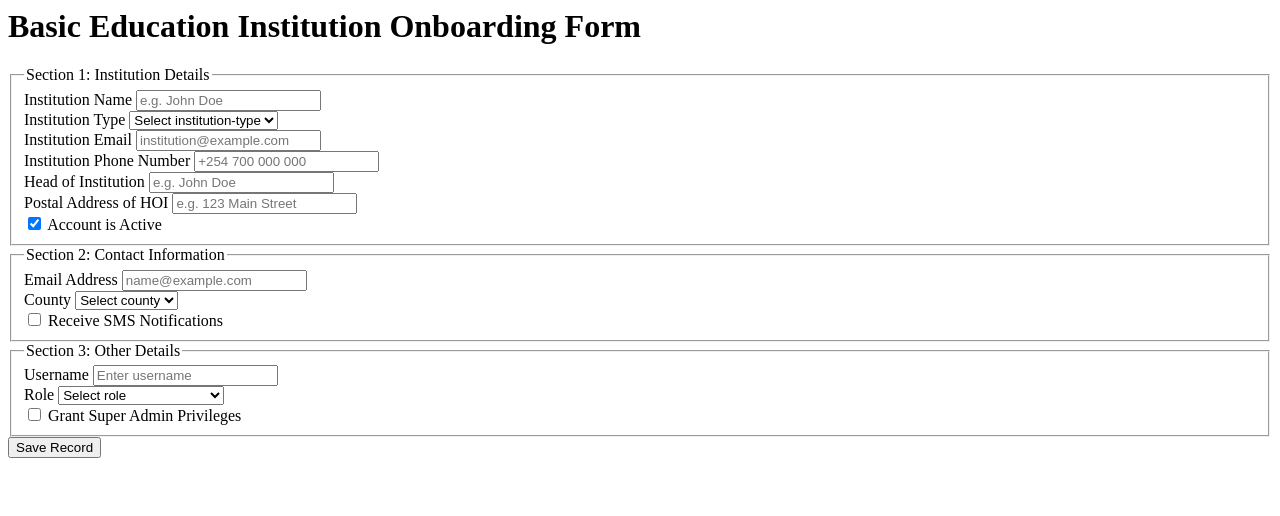
Repository: ndirituart/KEMIS
Page: angular-client/src/app/pages/basic-education/basic-education.html
An editor plug-in stored every save of this project. The page is shown before and after the next save, followed by the edit.
The browser window is 1280 px wide. The pictures show the whole page.

Above is the page before, as saved 2026-10-19 17:50:46.

After the next save:
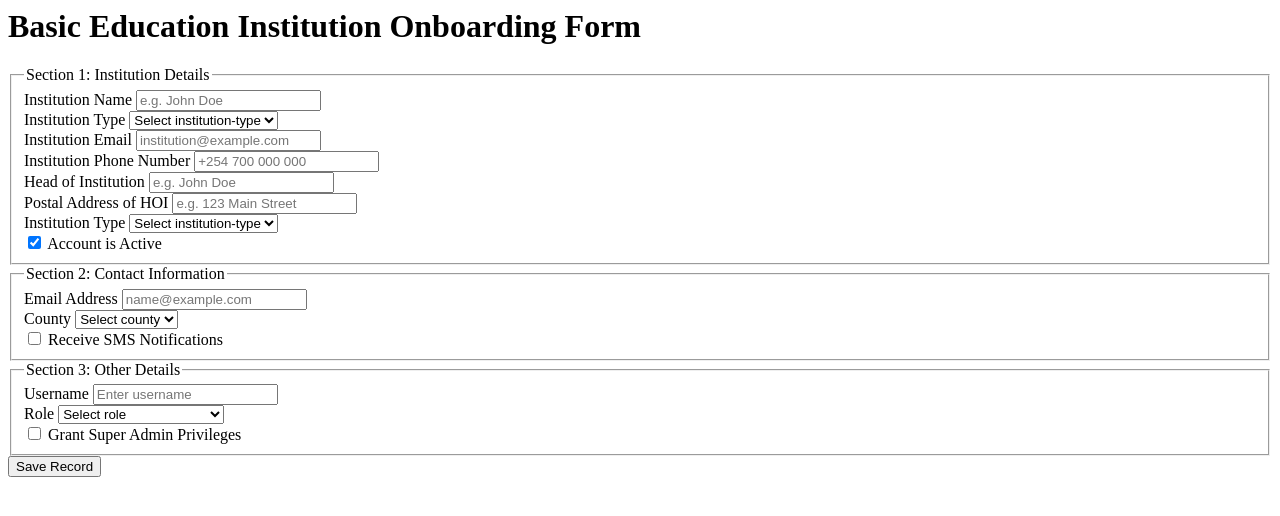
Saved 17 s later.
--- a/angular-client/src/app/pages/basic-education/basic-education.html
+++ b/angular-client/src/app/pages/basic-education/basic-education.html
@@ -50,6 +50,15 @@
       </div>
 
       <!--County List-->
+      <div class="col-md-6">
+        <label for="institution-type" class="form-label fw-semibold">Institution Type</label>
+        <select class="form-select" id="institution-type" name="institution-type" required>
+          <option value="" disabled selected>Select institution-type</option>
+          <option value="Boy's School">Boy's School</option>
+          <option value="Girl's School">Girl's School</option>
+          <option value="Mixed School">Mixed School</option>
+        </select>
+      </div>
 
 
       <!-- Boolean Toggle (Switch) -->
